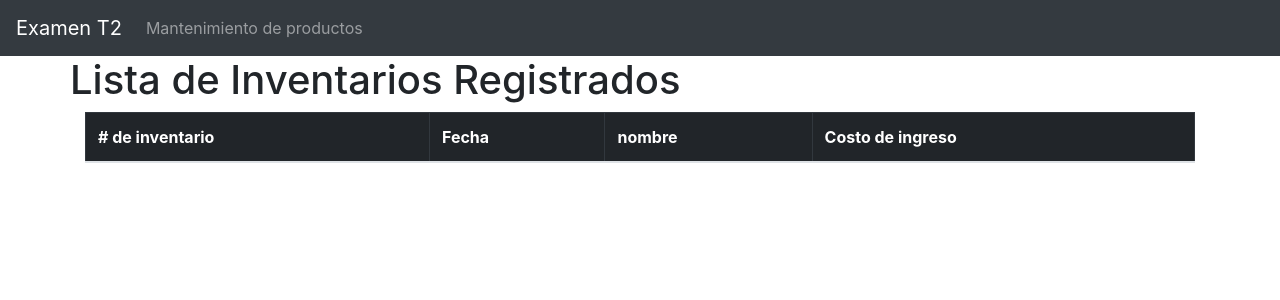
Repository: cartulina68/LP2_Examen2_Rosas
Page: http://localhost/inventario/index
These files come from the project's save history. The page is drawn as it stood at one moment and after the next save; the edit follows.
The browser window is 1280 px wide. The pictures show the whole page.
The page is this project's Thymeleaf template; nobody is signed in. The template is opened directly, without the code that normally fills it, so the values that code supplies are empty.

Above is the page before, as saved 2024-10-12 03:04:33.

After the next save:
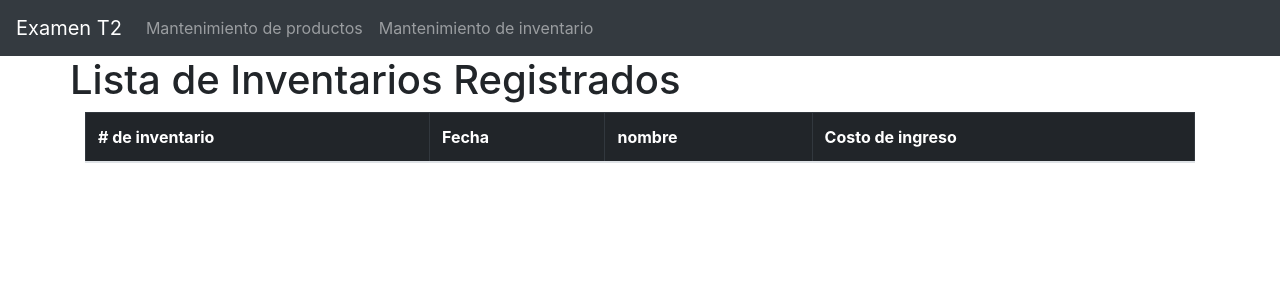
Saved 2 min 38 s later.
--- a/Spring/BD_T2_Inventario/src/main/resources/templates/inventario/index.html
+++ b/Spring/BD_T2_Inventario/src/main/resources/templates/inventario/index.html
@@ -23,6 +23,7 @@
 		<div class="collapse navbar-collapse" id="collapsibleNavbar">
 			<ul class="navbar-nav">
 				<li class="nav-item"><a class="nav-link" th:href="@{/producto}">Mantenimiento de productos</a></li>
+				<li class="nav-item"><a class="nav-link" th:href="@{/producto}">Mantenimiento de inventario</a></li>
 			</ul>
 		</div>
 	</nav>
